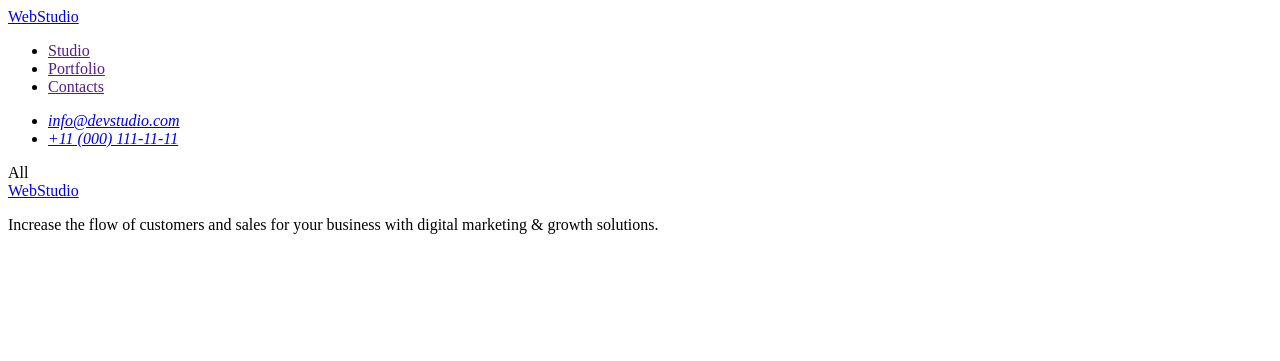
Repository: GrishchenkoNataliya/goit-markup-hw-02
Page: portfolio/indtx.html
These files come from the project's save history. The page is drawn as it stood at one moment and after the next save; the edit follows.
The browser window is 1280 px wide. The pictures show the whole page.

Above is the page before, as saved 2023-02-27 12:11:46.

### portfolio/indtx.html
<!DOCTYPE html>
<html lang="en">
  <head>
    <meta charset="UTF-8" />
    <meta http-equiv="X-UA-Compatible" content="IE=edge" />
    <meta name="viewport" content="width=device-width, initial-scale=1.0" />
    <title>homework_1</title>
  </head>
  <body>
    <header>
      <nav>
        <a href="./index.html">WebStudio</a>
        <ul>
          <li>
            <a href="" target="_blank" rel="noopener noreferrer nofollow"
              >Studio</a
            >
          </li>
          <li>
            <a href="" target="_blank" rel="noopener noreferrer nofollow"
              >Portfolio</a
            >
          </li>
          <li>
            <a href="" target="_blank" rel="noopener noreferrer nofollow"
              >Contacts</a
            >
          </li>
        </ul>
      </nav>
      <address>
        <ul>
          <li><a href="mailto:info@devstudio.com">info@devstudio.com</a></li>
          <li><a href="tel:+110001111111">+11 (000) 111-11-11</a></li>
        </ul>
      </address>
    </header>
    <main>
      <label for="">All</label>
    </main>
    <footer>
      <a href="./index.html">WebStudio</a>

      <p>
        Increase the flow of customers and sales for your business with digital
        marketing & growth solutions.
      </p>
      <!-- Dark-bg -->
    </footer>
  </body>
</html>

After the next save:
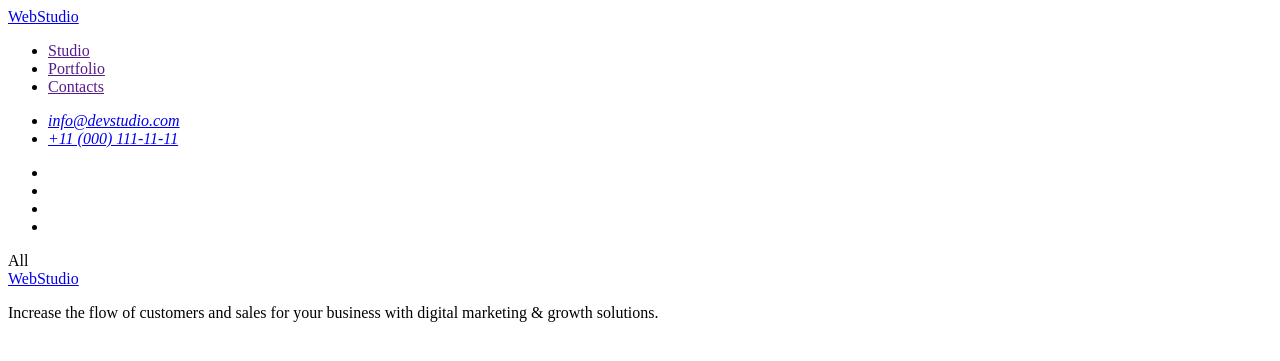
Saved 2 min 44 s later.
--- a/portfolio/indtx.html
+++ b/portfolio/indtx.html
@@ -36,6 +36,12 @@
       </address>
     </header>
     <main>
+      <ul>
+        <li></li>
+        <li></li>
+        <li></li>
+        <li></li>
+      </ul>
       <label for="">All</label>
     </main>
     <footer>
